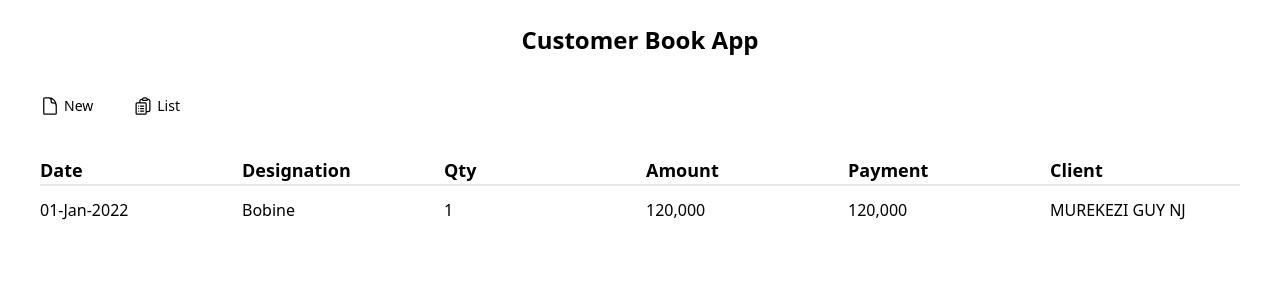
Repository: higirobruce/customerbookapp
Page: /
An editor plug-in stored every save of this project. The page is shown before and after the next save, followed by the edit.
The browser window is 1280 px wide. The pictures show the whole page.
The project was rebuilt for these pictures with package versions that can differ from the ones it lists, and the page was loaded fresh each time. The framework's server and built-in components were replaced by stand-ins that run in the browser. Also part of the build but not shown: next.config.js, components/layout/sidebar.js.

Above is the page before, as saved 2022-11-24 16:59:08.

After the next save:
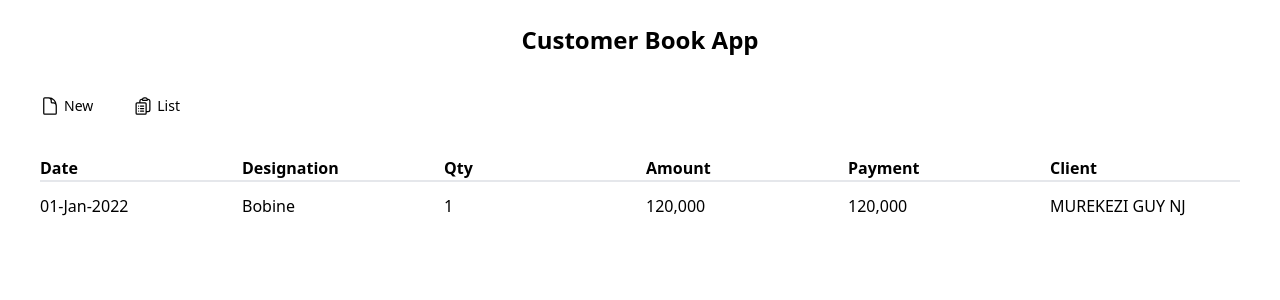
Saved 7 min 51 s later.
--- a/components/common/records.js
+++ b/components/common/records.js
@@ -4,7 +4,7 @@ export default function RecordsTable({data}) {
 
   return (
     <div className='flex justify-center flex-col w-full'>
-        <div className='grid grid-cols-6 gap-3 border-b-2 mb-3 text-lg font-semibold'>
+        <div className='grid grid-cols-6 gap-3 border-b-2 mb-3 text-base font-semibold'>
                 <div>Date</div>
                 <div>Designation</div>
                 <div>Qty</div>
